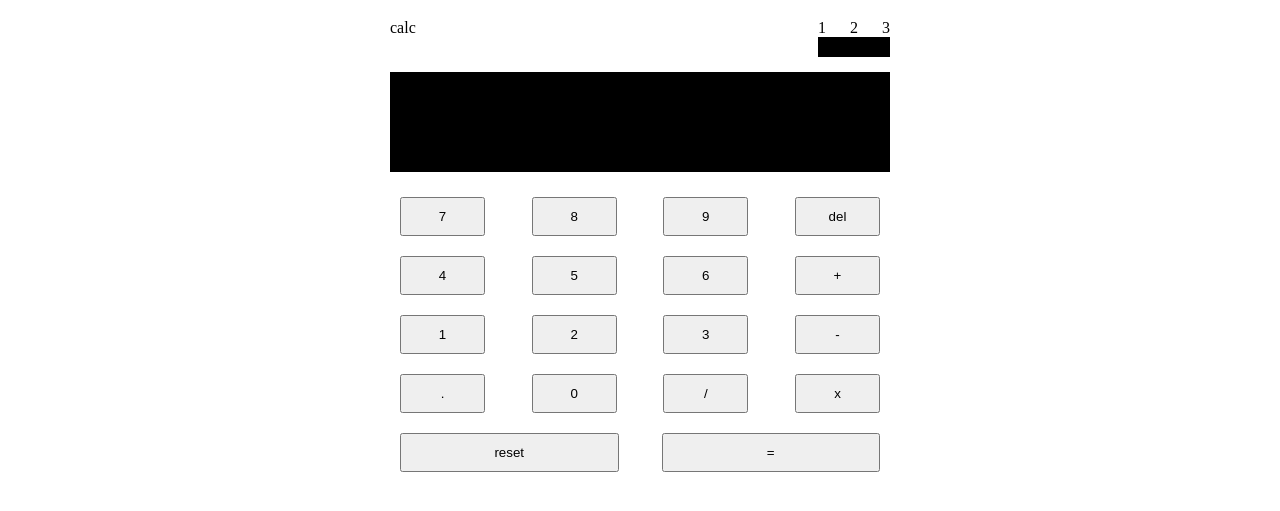
Repository: Eugene44-hub/basic-calculator
Page: index.html
An editor plug-in stored every save of this project. The page is shown before and after the next save, followed by the edit.
The browser window is 1280 px wide. The pictures show the whole page.

Above is the page before, as saved 2021-10-02 02:20:34.
Console error: SyntaxError: Unexpected end of input

### index.html
<!DOCTYPE html>
<html lang="en">

<head>
    <link rel="stylesheet" href="style.css">
    <meta charset="UTF-8">
    <meta http-equiv="X-UA-Compatible" content="IE=edge">
    <meta name="viewport" content="width=device-width, initial-scale=1.0">
    <title>Document</title>
</head>

<body>
    <div class="cal-container">

        <div class="theme">
            <div class="header">calc</div>
            <div class="theme-number">
                <div class="number-toggle">
                    <span id="one">1</span>
                    <span id="two">2</span>
                    <span id="three">3</span>

                    <div class="toggle"></div>
                </div>
            </div>
        </div>
        <div class="output">

        </div>
        <div class="buttons">
            <button id="number-button">7</button>
            <button id="number-button">8</button>
            <button id="number-button">9</button>
            <button id="del-button">del</button>
            <button id="number-button">4</button>
            <button id="number-button">5</button>
            <button id="number-button">6</button>
            <button id="addition-button">+</button>
            <button id="number-button">1</button>
            <button id="number-button">2</button>
            <button id="number-button">3</button>
            <button id="minus-button">-</button>
            <button id="dot-button">.</button>
            <button id="number-button">0</button>
            <button id="division-button">/</button>
            <button id="multiply-button">x</button>
            <button id="reset-button">reset</button>
            <button id="equals-button">=</button>
        </div>
    </div>

    <script src="app.js"></script>
</body>

</html>

### style.css
* {
    padding: 0;
    margin: 0;
    box-sizing: border-box;
}

body {
    display: flex;
    height: 500px;
}

.theme {
    display: flex;
    flex-wrap: wrap;
}

.toggle {
    background-color: black;
    height: 20px;
}

.header {
    flex: 50%;
}

.theme-number {
    flex: 50%;
}

.number-toggle {
    float: right;
    word-spacing: 20px;
}

span {
    flex: 30%;
}

.cal-container {
    margin: auto;
    width: 500px;
}

.buttons {
    display: flex;
    flex-wrap: wrap;
    justify-content: space-between;
}

button {
    flex-basis: 17%;
    padding: 10px;
    margin: 10px;
}

#reset-button,
#equals-button {
    flex-basis: 43.7%
}

.output {
    height: 100px;
    background-color: black;
    margin: 15px 0
}

Loaded but not shown: app.js (common file)

After the next save:
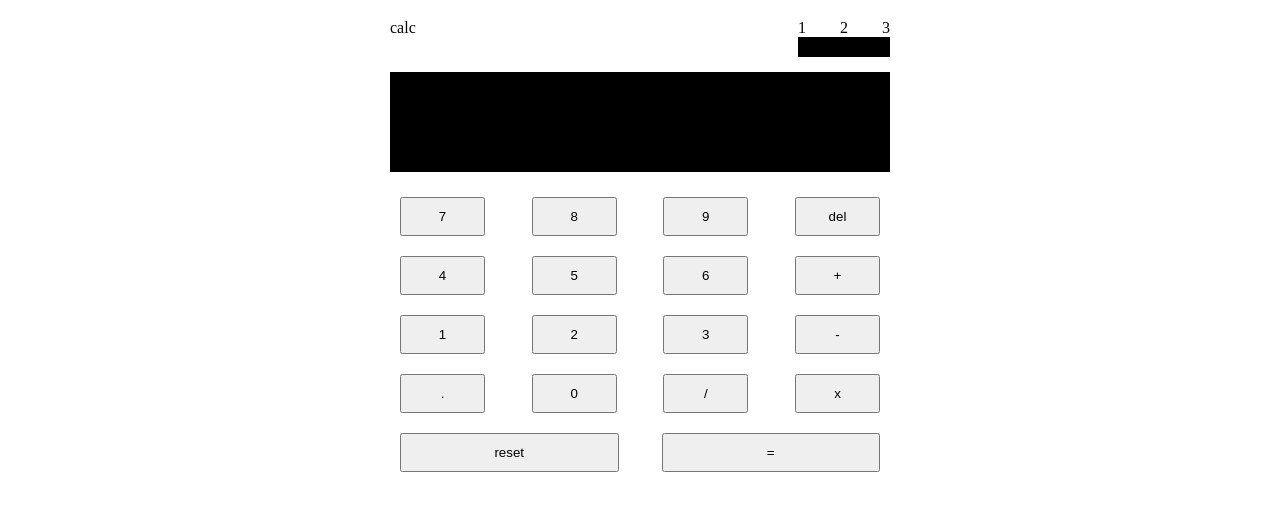
Saved 12 s later.
--- a/style.css
+++ b/style.css
@@ -29,7 +29,7 @@ body {
 
 .number-toggle {
     float: right;
-    word-spacing: 20px;
+    word-spacing: 30px;
 }
 
 span {
